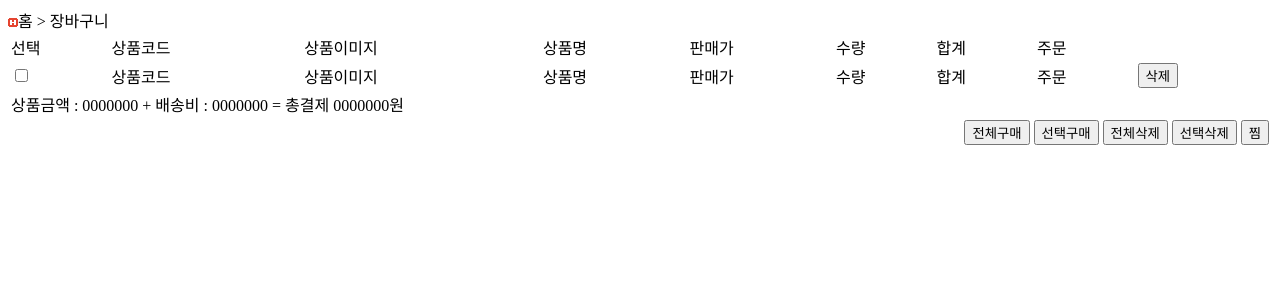
Repository: heeya90/ProjectShoppingMall
Page: http://localhost/ProjectShoppingMall/order/order_cart.jsp
These files come from the project's save history. The page is drawn as it stood at one moment and after the next save; the edit follows.
The browser window is 1280 px wide. The pictures show the whole page.
The page is served by Tomcat 9.

Above is the page before, as saved 2012-07-30 08:23:24.

### ProjectShoppingMall/WebContent/order/order_cart.jsp
<%@ page language="java" contentType="text/html; charset=EUC-KR"
    pageEncoding="EUC-KR"%>

<div class="sub_loca"><img src="./img/icon_home.gif" alt="현재위치" />홈 > 장바구니</div>
	<table style="width:100%">
		<tr>
			<td class="jw_theader">
				<label class="jw_lbl_title">선택 </label></td>
			<td class="jw_theader">
				<label class="jw_lbl_title">상품코드 </label></td>
			<td class="jw_theader">
				<label class="jw_lbl_title">상품이미지</label></td>
			<td class="jw_theader">
				<label class="jw_lbl_title">상품명</label></td>
			<td class="jw_theader">
				<label class="jw_lbl_title">판매가</label></td>
			<td class="jw_theader">
				<label class="jw_lbl_title">수량</label></td>
			<td class="jw_theader">
				<label class="jw_lbl_title">합계</label></td>
			<td class="jw_theader">
				<label class="jw_lbl_title">주문</label></td>
			<td class="jw_theader">
				<label class="jw_lbl_title"></label></td>
		</tr>

		<tr>
			<td class="jw_td_center">
				<input type="checkbox" name="chck"></td>
			<td class="jw_td_center">
				<label></label>상품코드 </td>
			<td class="jw_td_center">
				<label></label>상품이미지 </td>
			<td class="jw_td_center">
				<label></label>상품명 </td>
			<td class="jw_td_center">
				<label></label>판매가 </td>
			<td class="jw_td_center">
				<label></label>수량 </td>
			<td class="jw_td_center">
				<label></label>합계 </td>
			<td class="jw_td_center">
				<label></label>주문 </td>
			<td class="jw_td_center">
				<input type="button" value="삭제"> </td>
		</tr>
		<tr>
			<td class="jw_td_center" colspan="9">
				<label>상품금액 :</label>
				<label class="jw_lbl_pop">0000000</label>
				<label> + </label>
				<label>배송비 :</label>
				<label class="jw_lbl_pop">0000000</label>
				<label> =</label>
				<label>총결제 </label>
				<label class="jw_lbl_pop">0000000원</label>
			</td>
		</tr>
		<tr>
			<td colspan="9" style="text-align:right">
				<INPUT type="button" value="전체구매">
				<INPUT type="button" value="선택구매">
				<INPUT type="button" value="전체삭제">
				<INPUT type="button" value="선택삭제">
				<INPUT type="button" value="찜">
			</td>
		</tr>
	</table>

After the next save:
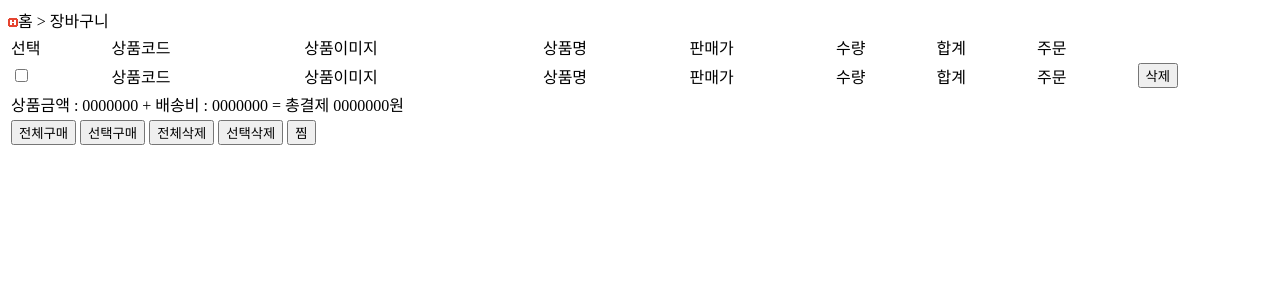
Saved 31 s later.
--- a/ProjectShoppingMall/WebContent/order/order_cart.jsp
+++ b/ProjectShoppingMall/WebContent/order/order_cart.jsp
@@ -57,7 +57,7 @@
 			</td>
 		</tr>
 		<tr>
-			<td colspan="9" style="text-align:right">
+			<td class="jw_td_center" colspan="9">
 				<INPUT type="button" value="전체구매">
 				<INPUT type="button" value="선택구매">
 				<INPUT type="button" value="전체삭제">
